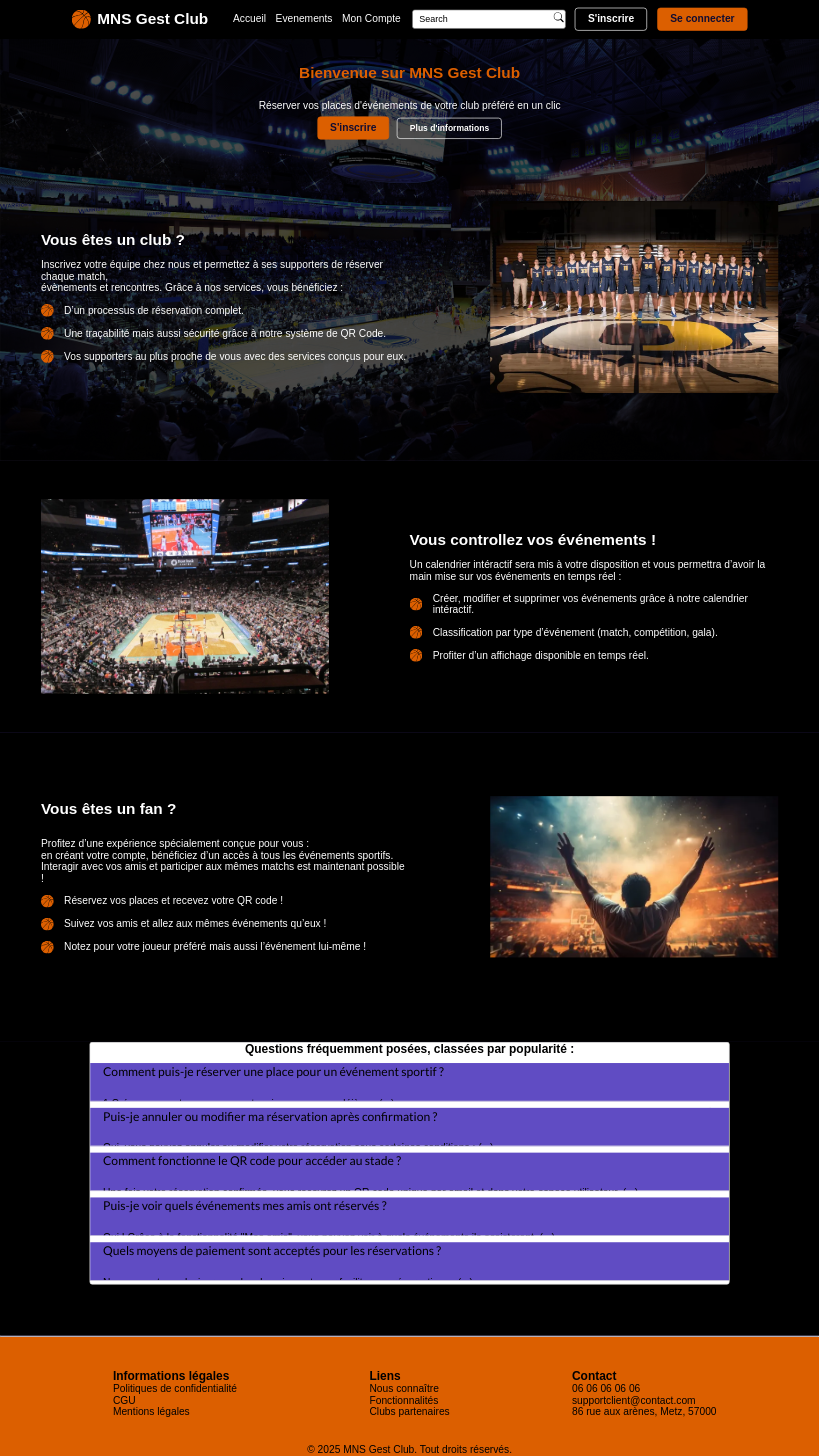
Repository: Sgrini/projetfilrouge
Page: http://localhost/
The author's editor kept a copy of each file at every save. The page is drawn from the files as they stood at one save, then again after the next save.
The browser window is 1280 px wide. The pictures show the whole page, at 64% of full size.
Some web fonts or font styles are not loaded; a fallback is used. The page is run by PHP 8.4 with error messages shown; the project is at /var/www/html/.

Above is the page before, as saved 2025-05-07 11:24:56.

### index.php
<?php require_once $_SERVER['DOCUMENT_ROOT'] . '/admin/include/auth.php';


?>


<!DOCTYPE html>
<html lang="fr">

<head>
  <meta charset="UTF-8" />
  <meta name="viewport" content="width=device-width, initial-scale=1.0" />
  <link rel="stylesheet" href="https://cdnjs.cloudflare.com/ajax/libs/font-awesome/6.7.2/css/all.min.css" />
  <link rel="stylesheet" href="/style/main.css" />
  <title>MNS Gest Club</title>
</head>

<body>
  <!-- HEADER: Barre de navigation principale -->
  <header>
    <div class="container">
      <div class="navbar">
        <div class="logo">
          <img src="./img/basketballicon.svg" alt="basket icon" />
          <a href="index.html">MNS Gest Club</a>
        </div>
        <div class="navbar__main">
          <ul class="links">
            <li><a class="nav__link" href="index.php">Accueil</a></li>
            <li><a class="nav__link" href="events.php">Evenements</a></li>
            <li><a class="nav__link" href="admin.php">Mon Compte</a></li>
          </ul>
          <!-- Champ de recherche -->
          <div class="search">
            <input placeholder="Search" class="navbar__input" type="text" />
            <button class="navbar__button">
              <svg viewBox="0 0 16 16" class="bi bi-search" fill="currentColor" height="16" width="16"
                xmlns="http://www.w3.org/2000/svg">
                <path
                  d="M11.742 10.344a6.5 6.5 0 1 0-1.397 1.398h-.001q.044.06.098.115l3.85 3.85a1 1 0 0 0 1.415-1.414l-3.85-3.85a1 1 0 0 0-.115-.1zM12 6.5a5.5 5.5 0 1 1-11 0 5.5 5.5 0 0 1 11 0">
                </path>
              </svg>
            </button>
          </div>
          <!-- Boutons d'inscription et de connexion -->
          <div class="buttons">
            <?php if (!isset($_SESSION['utilisateur_id'])): ?>
              <a href="signup.php" class="action-button pro">S'inscrire</a>
              <a href="/admin/login.php" class="action-button">Se connecter</a>
            <?php else: ?>
              <a href="/admin/logout.php" class="action-button">Se déconnecter</a>
            <?php endif; ?>
          </div>
        </div>
      </div>
      <div class="burger-menu">
        <div class="burger-menu__nav">
          <a class="burger__logo">
            <img src="./img/basketballicon.svg" alt="" />
          </a>
          <div class="burger__btn">
            <i class="fa-solid fa-bars"></i>
          </div>
        </div>
        <ul class="burger-menu__links">
          <li><a href="index.html">Accueil</a></li>
          <li><a href="events.html">Evenements</a></li>
          <li><a href="about">Coach</a></li>
          <li><a href="contact">Communauté</a></li>
          <div class="divider"></div>
          <div class="buttons-burger-menu open">
            <a href="signup.html" class="action-button pro">S'inscrire</a>
            <a href="login.html" class="action-button">Se connecter</a>
          </div>
        </ul>
      </div>
    </div>
  </header>
  <!-- SECTION HERO: Introduction du site -->
  <section class="hero">
    <div class="hero__overlay"></div>
    <!-- Effet de contraste -->
    <div class="hero__header">
      <h1>Bienvenue sur MNS Gest Club</h1>
      <div class="hero__header-text">
        <p>
          Réserver vos places d'événements de votre club préféré en un clic
        </p>
      </div>
      <div class="hero__header-cta">
        <button class="btn btn-signup">S'inscrire</button>
        <button class="action-button pro">Plus d'informations</button>
      </div>
    </div>
    <!-- SECTION CLUB: Inscription des clubs -->
    <div class="hero__main">
      <div class="hero__main-left">
        <h2>Vous êtes un club ?</h2>
        <p>
          Inscrivez votre équipe chez nous et permettez à ses supporters de
          réserver chaque match,<br />évènements et rencontres. Grâce à nos
          services, vous bénéficiez :
        </p>
        <ul class="hero__main-left-list">
          <li>
            <img src="/img/basketballicon.svg" alt="Basket icon" />
            <p>D’un processus de réservation complet.</p>
          </li>
          <li>
            <img src="/img/basketballicon.svg" alt="Basket icon" />
            <p>
              Une traçabilité mais aussi sécurité grâce à notre système de QR
              Code.
            </p>
          </li>
          <li>
            <img src="/img/basketballicon.svg" alt="Basket icon" />
            <p>
              Vos supporters au plus proche de vous avec des services conçus
              pour eux.
            </p>
          </li>
        </ul>
      </div>
      <div class="hero__main-right">
        <img src="/img/basketclub.webp" alt="" />
      </div>
    </div>
  </section>
  <!-- SECTION ÉVÉNEMENTS: Gestion des événements -->
  <section class="features">
    <div class="features__main">
      <div class="features__main-left">
        <img src="/img/basketevents.webp" alt="" />
      </div>
      <div class="features__main-right">
        <h2>Vous controllez vos événements !</h2>
        <p>
          Un calendrier intéractif sera mis à votre disposition et vous
          permettra d’avoir la main mise sur vos événements en temps réel :
        </p>
        <ul class="features__main-right-list">
          <li>
            <img src="/img/basketballicon.svg" alt="Basket icon" />
            <p>
              Créer, modifier et supprimer vos événements grâce à notre
              calendrier intéractif.
            </p>
          </li>
          <li>
            <img src="/img/basketballicon.svg" alt="Basket icon" />
            <p>
              Classification par type d’événement (match, compétition, gala).
            </p>
          </li>
          <li>
            <img src="/img/basketballicon.svg" alt="Basket icon" />
            <p>Profiter d’un affichage disponible en temps réel.</p>
          </li>
        </ul>
      </div>
    </div>
  </section>
  <!-- SECTION FAN: Fonctionnalités pour les supporters -->
  <section class="last__section">
    <div class="last__main">
      <div class="last__main-left">
        <h2>Vous êtes un fan ?</h2>
        <p></p>
        <ul class="last__main-left-list">
          <li>
            <p>
              Profitez d’une expérience spécialement conçue pour vous : <br />
              en créant votre compte, bénéficiez d’un accès à tous les
              événements sportifs. <br />
              Interagir avec vos amis et participer aux mêmes matchs est
              maintenant possible !
            </p>
          </li>
          <li>
            <img src="/img/basketballicon.svg" alt="Basket icon" />
            <p>Réservez vos places et recevez votre QR code !</p>
          </li>
          <li>
            <img src="/img/basketballicon.svg" alt="Basket icon" />
            <p>Suivez vos amis et allez aux mêmes événements qu’eux !</p>
          </li>
          <li>
            <img src="/img/basketballicon.svg" alt="Basket icon" />
            <p>
              Notez pour votre joueur préféré mais aussi l’événement lui-même
              !
            </p>
          </li>
        </ul>
      </div>
      <div class="last__main-right">
        <img src="/img/basketfan.webp" alt="calendrier" />
      </div>
    </div>
  </section>
  <!-- SECTION FAQ: Questions fréquentes -->
  <section id="foire_aux_questions" class="section__faq">
    <div class="faq">
      <h3>Questions fréquemment posées, classées par popularité :</h3>
      <input id="faq-a" type="checkbox" />
      <label for="faq-a">
        <p class="faq-heading">
          Comment puis-je réserver une place pour un événement sportif ?
        </p>
        <div class="faq-arrow"></div>
        <p class="faq-text">
          1.Créer un compte ou se connecter si vous en avez déjà un. (...)<br />
          2.Parcourir les événements disponibles via le calendrier
          interactif.<br />
          3.Sélectionner l’événement souhaité et consulter les places
          disponibles par catégorie (tribune, VIP, standard).<br />
          4. Choisir votre place (limité à 2 places par adhérent ).<br />
          5. Confirmer votre réservation et recevoir un email de confirmation
          avec votre QR code d’accès. <br />
          <strong>
            Le jour de l’événement, présentez votre QR code à l’entrée pour
            valider votre présence !</strong>
        </p>
      </label>
      <input id="faq-b" type="checkbox" />
      <label for="faq-b">
        <p class="faq-heading">
          Puis-je annuler ou modifier ma réservation après confirmation ?
        </p>
        <div class="faq-arrow"></div>
        <p class="faq-text">
          Oui, vous pouvez annuler ou modifier votre réservation sous
          certaines conditions : (...)<br />
          1.Annulation : Vous pouvez annuler votre réservation directement
          depuis votre espace utilisateur, dans la section "Mes réservations".
          Une confirmation vous sera envoyée par email. Attention, des délais
          d’annulation peuvent s’appliquer en fonction de l’événement.<br />
          2.Modification : Si vous souhaitez changer de place ou d’événement,
          vous devrez d’abord annuler votre réservation actuelle, puis
          effectuer une nouvelle réservation (sous réserve de
          disponibilité).<br />
          <strong>
            En cas de question, n’hésitez pas à contacter le support via
            l’application.
          </strong>
        </p>
      </label>
      <input id="faq-c" type="checkbox" />
      <label for="faq-c">
        <p class="faq-heading">
          Comment fonctionne le QR code pour accéder au stade ?
        </p>
        <div class="faq-arrow"></div>
        <p class="faq-text">
          Une fois votre réservation confirmée, vous recevrez un QR code
          unique par email et dans votre espace utilisateur. (...) <br />
          <strong> Le jour de l’événement : </strong><br />
          1.Présentez votre QR code à l’entrée du stade (sur votre téléphone
          ou imprimé). <br />
          2.Un agent ou une borne automatique scannera votre code pour valider
          votre accès. <br />
          3.Une fois validé, vous pourrez entrer et profiter du match ! <br />
          <strong>
            Ce système permet un accès rapide et sécurisé, tout en
            garantissant la traçabilité des présences.</strong>
        </p>
      </label>
      <input id="faq-d" type="checkbox" />
      <label for="faq-d">
        <p class="faq-heading">
          Puis-je voir quels événements mes amis ont réservés ?
        </p>
        <div class="faq-arrow"></div>
        <p class="faq-text">
          Oui ! Grâce à la fonctionnalité "Mes amis", vous pouvez voir à quels
          événements ils assisteront. (...) <br />
          <strong> Voici comment ça fonctionne : </strong><br />
          1.Ajoutez des amis à votre liste via leur nom d’utilisateur ou
          email.
          <br />
          2.Consultez la liste des événements auxquels ils ont réservé des
          places. <br />
          3.Réservez à votre tour pour les rejoindre et vivre l’expérience
          ensemble ! <br />
          <strong>
            Cette fonctionnalité vous permet de partager des moments sportifs
            avec vos proches et de mieux organiser vos sorties.
          </strong>
        </p>
      </label>
      <input id="faq-e" type="checkbox" />
      <label for="faq-e">
        <p class="faq-heading">
          Quels moyens de paiement sont acceptés pour les réservations ?
        </p>
        <div class="faq-arrow"></div>
        <p class="faq-text">
          Nous acceptons plusieurs modes de paiement pour faciliter vos
          réservations : (...)<br />
          1.Carte bancaire (Visa, Mastercard, etc.) <br />
          2.Paiement en ligne sécurisé via des plateformes comme PayPal ou
          Stripe <br />
          3.Portefeuilles numériques (Apple Pay, Google Pay) <br />
          4.Possibilité de paiement sur place (si disponible pour certains
          événements) <br />
          <strong>Toutes les transactions sont sécurisées et protégées selon les
            normes en vigueur. Vous recevrez une confirmation par email dès
            que votre paiement sera validé.</strong>
        </p>
      </label>
    </div>
  </section>
  <hr />
  <footer>
    <div class="footer__contenu-wrapper">
      <div class="contenu-footer">
        <div class="footer__bloc-wrapper">
          <div class="bloc">
            <h3>Informations légales</h3>
            <ul class="liste-services">
              <li><a href="#">Politiques de confidentialité</a></li>
              <li><a href="#">CGU</a></li>
              <li><a href="#">Mentions légales</a></li>
            </ul>
          </div>
        </div>
        <div class="footer__bloc-wrapper">
          <div class="bloc">
            <h3>Liens</h3>
            <ul class="liste-informations">
              <li>Nous connaître</li>
              <li>Fonctionnalités</li>
              <li>Clubs partenaires</li>
            </ul>
          </div>
        </div>
        <!-- FOOTER: Informations légales et contact -->
        <div class="footer__bloc-wrapper">
          <div class="bloc footer-contact" id="contact">
            <h3>Contact</h3>
            <ul>
              <li>06 06 06 06 06</li>
              <li>supportclient@contact.com</li>
              <li>86 rue aux arènes, Metz, 57000</li>
            </ul>
          </div>
        </div>
      </div>
      <p class="copyright">© 2025 MNS Gest Club. Tout droits réservés.</p>
    </div>
  </footer>

  <script src="script.js"></script>
</body>

</html>

### admin/include/auth.php
<?php
session_start();

// fonction pour savoir si l'utilisateur connecter
function estConnecte(): bool
{
    return isset($_SESSION['utilisateur_id']);
}
function estAdmin(): bool
{
    return estConnecte() && isset($_SESSION['role_id']) && $_SESSION['role_id'] === '1';
}

### style/main.css
@import url("./style.css");
@import url("./navbar.css");
@import url("./login.css");
@import url("./hero.css");
@import url("./features.css");
@import url("./lastsection.css");
@import url("./faq.css");
@import url("./toggle.css");
@import url("./footer.css");
@import url("./responsive.css");
@import url("./events.css");
@import url("./buttons.css");
@import url("./admin.css");
@import url("./team.css");
@import url("./sidebar.css");
@import url("./signup.css");
@import url("./shop.css");

### style/toggle.css
.burger-menu {
  display: none;
  /* height: 310px; */
  right: 2rem;
  width: 100%;
  background-color: rgba(0, 0, 0, 0.2);
  backdrop-filter: blur(15px);
  border-radius: 10px;
  overflow: hidden;
  transition: height 0.2s cubic-bezier(0.175, 0.885, 0.32, 1.275);
}
.burger-menu__nav {
  display: flex;
  justify-content: space-between;
  align-items: center;
  width: 100%;
  gap: 1rem;
  height: 100%;
  padding: 8px;
  position: relative;
  transition: all 0.3s ease;
}
.burger__btn i {
  color: white;
  font-size: 26px;
}
.burger .burger__logo {
  width: 100px;
  height: 30px;
}
.burger-menu__links.open {
  height: 310px;
}
.burger-menu__links {
  height: 0px;
  transition: height 0.2s ease-in-out;
}
.burger-menu li {
  padding: 0.7rem;
  display: flex;
  justify-content: center;
  align-items: center;
}

.divider {
  height: 1px;
  background-color: #fff;
  width: 80%;
  margin-left: auto;
  margin-right: auto;
  margin-bottom: 1rem;
}

.burger-menu .action-button {
  width: 80%;
  display: flex;
  justify-content: center;
  align-items: center;
}

.buttons-burger-menu {
  display: flex;
  flex-direction: column;
  justify-content: center;
  align-items: center;
  gap: 10px;
}

@media (max-width: 1200px) {
  .navbar {
    display: none;
  }
  .burger-menu {
    display: block;
  }
}

### style/responsive.css
@media (min-width: 576px) {
    .container {
        max-width: 540px;
    }
}
@media (min-width: 768px) {
    .container {
        max-width: 720px;
    }
}
@media (min-width: 992px) {
    .container {
        max-width: 960px;
    }
}
@media (min-width: 1200px) {
    .container {
        max-width: 1140px;
    }
}
@media (min-width: 1400px) {
    .container {
        max-width: 1320px;
    }
}

### style/events.css
.events__section {
  margin-top: 60px;
  padding-top: 60px;
  margin-bottom: 8rem;
}

.events__current {
  padding-top: 2rem;
  display: flex;
  flex-wrap: wrap;
}

.events__img-wrapper {
  flex: 100%;
}

@media (min-width: 992px) {
  .events__img-wrapper {
    flex: 0 0 50%;
    padding-left: 2rem;
    padding-right: 2rem;
    order: 1;
  }
}

.events__img {
  width: 100%;
}

.events__current-details {
  flex: 0 0 100%;
  margin-bottom: 2rem;
}

@media (min-width: 992px) {
  .events__current-details {
    flex: 0 0 50%;
    padding-left: 2rem;
    padding-right: 2rem;
    order: 2;
    margin-top: auto;
    margin-bottom: auto;
  }
}

.events__current-details-title {
  margin-bottom: 1rem;
  font-size: 1.8rem;
}

.events__all-button {
  background-color: white;
  color: black;
  border: 1px solid black;
  padding: 10px 20px;
  text-decoration: none;
  cursor: pointer;
  margin-top: 4rem;
}

.events__incoming-button {
  all: unset;
  text-decoration: underline;
  cursor: pointer;
}

### style/team.css
.team__wrapper {
  max-width: 780px;
  margin: auto;
  margin-top: 80px;
  margin-bottom: 90px;
  background: white;
  padding: 20px;
  border-radius: 10px;
  box-shadow: 0px 0px 10px rgba(0, 0, 0, 0.1);
  width: calc(100% - 260px);
  padding: 20px;
}

table {
  width: 100%;
  border-collapse: collapse;
  margin-top: 10px;
}
th,
td {
  border: 1px solid #ddd;
  padding: 10px;
  text-align: left;
}
th {
  background-color: #f4f4f4;
}
.gerer {
  display: flex;
  gap: 10px;
}
.card-wrapper {
  display: flex;
  gap: 20px;
  margin-top: 20px;
}
.card {
  flex: 1;
  background: white;
  padding: 15px;
  border-radius: 8px;
  box-shadow: 0px 0px 5px rgba(0, 0, 0, 0.1);
}
.add-button {
  background-color: black;
  color: white;
  padding: 10px 15px;
  border: none;
  cursor: pointer;
  border-radius: 5px;
  margin-top: 10px;
}
.add-button:hover {
  background-color: var(--primary-color);
  color: black;
  border: 1px solid #fff;
  font-size: medium;
}

### style/sidebar.css
.sidebar {
  width: 280px;
  background: #dc5f00;
  /* opacity: 80%; */
  padding: 20px;
  height: 100vh;
  left: 0;
  top: 0;
  position: fixed;
}

.sidebar h2 {
  font-size: 18px;
  margin-bottom: 20px;
  color: white;
}

.sidebar ul {
  list-style: none;
}

.sidebar ul li {
  padding: 10px 0;
  font-size: 16px;
  cursor: pointer;
  color: white;
}

.sidebar ul li:hover {
  background: #373a40;
  padding-left: 5px;
  border-radius: 10%;
}

### style/signup.css
/* Formulaire */
main {
  display: flex;
  justify-content: center;
  align-items: center;
  height: 80vh;
}

.form__signup-container {
  width: 100%;
  background: white;
  padding: 20px 30px;
  border-radius: 10px;
  box-shadow: 0px 4px 10px rgba(0, 0, 0, 0.1);
  width: 500px;
  text-align: center;
  margin: 0 auto;
}

.signup__main {
  margin-top: 110px;
  margin-bottom: 120px;
}

select {
  width: 100%;
  padding: 10px;
  margin: 10px 0;
  border: 1px solid #ccc;
  border-radius: 5px;
  font-size: 14px;
}

.input-group {
  display: flex;
  gap: 10px;
}

.input-group input {
  width: 50%;
}

.radio-group {
  display: flex;
  justify-content: center;
  align-items: center;
  gap: 15px;
  margin: 10px 0;
}

.signup__gender-choice {
  height: 50%;
}

button:hover {
  background-color: #333;
}

Loaded but not shown: img/basketballicon.svg (60 lines, source omitted); script.js (10 lines, source omitted); style/login.css (146 lines, source omitted); style/lastsection.css (170 lines, source omitted); style/faq.css (105 lines, source omitted); style/buttons.css (131 lines, source omitted); style/admin.css (139 lines, source omitted); style/style.css (127 lines, source omitted); style/features.css (109 lines, source omitted); style/hero.css (109 lines, source omitted); style/navbar.css (111 lines, source omitted); style/footer.css (104 lines, source omitted); style/shop.css (105 lines, source omitted)

After the next save:
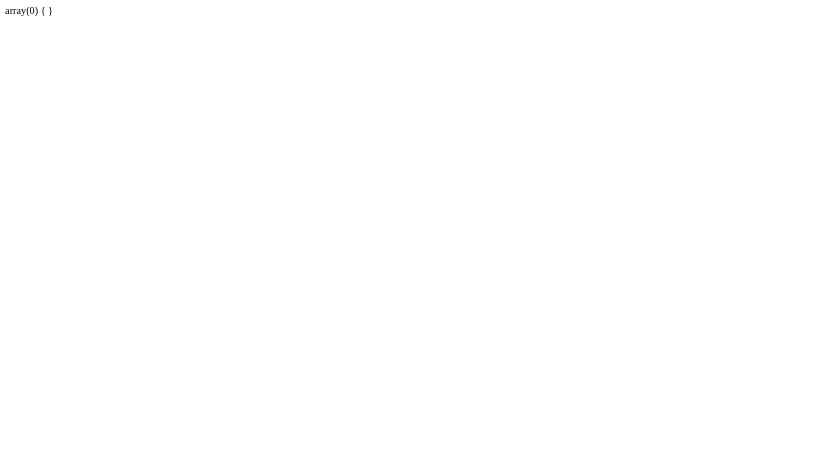
Saved 28 s later.
--- a/index.php
+++ b/index.php
@@ -1,6 +1,7 @@
 <?php require_once $_SERVER['DOCUMENT_ROOT'] . '/admin/include/auth.php';
 
-
+var_dump($_SESSION);
+exit;
 ?>
 
 

After the 5 saves that followed:
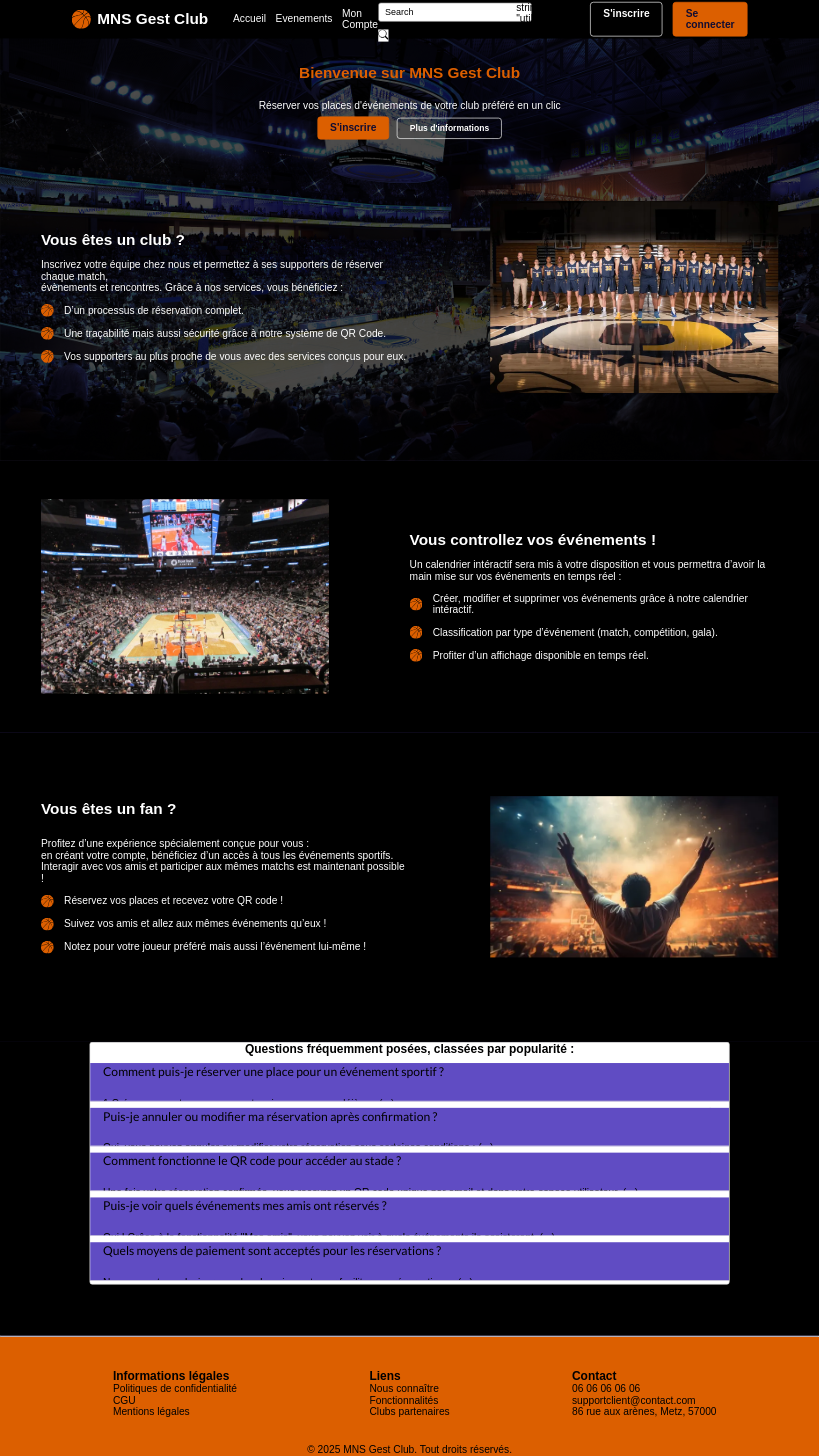
The 5 saves are shown as one change because 4 left the picture as it was.
The last was saved 3 min 19 s later.
--- a/index.php
+++ b/index.php
@@ -1,7 +1,4 @@
 <?php require_once $_SERVER['DOCUMENT_ROOT'] . '/admin/include/auth.php';
-
-var_dump($_SESSION);
-exit;
 ?>
 
 
@@ -46,9 +43,13 @@
           <!-- Boutons d'inscription et de connexion -->
           <div class="buttons">
             <?php if (!isset($_SESSION['utilisateur_id'])): ?>
+              <?php var_dump("utilisateur co"); ?>
+
               <a href="signup.php" class="action-button pro">S'inscrire</a>
               <a href="/admin/login.php" class="action-button">Se connecter</a>
             <?php else: ?>
+              <?php var_dump("utilisateur deco"); ?>
+
               <a href="/admin/logout.php" class="action-button">Se déconnecter</a>
             <?php endif; ?>
           </div>
